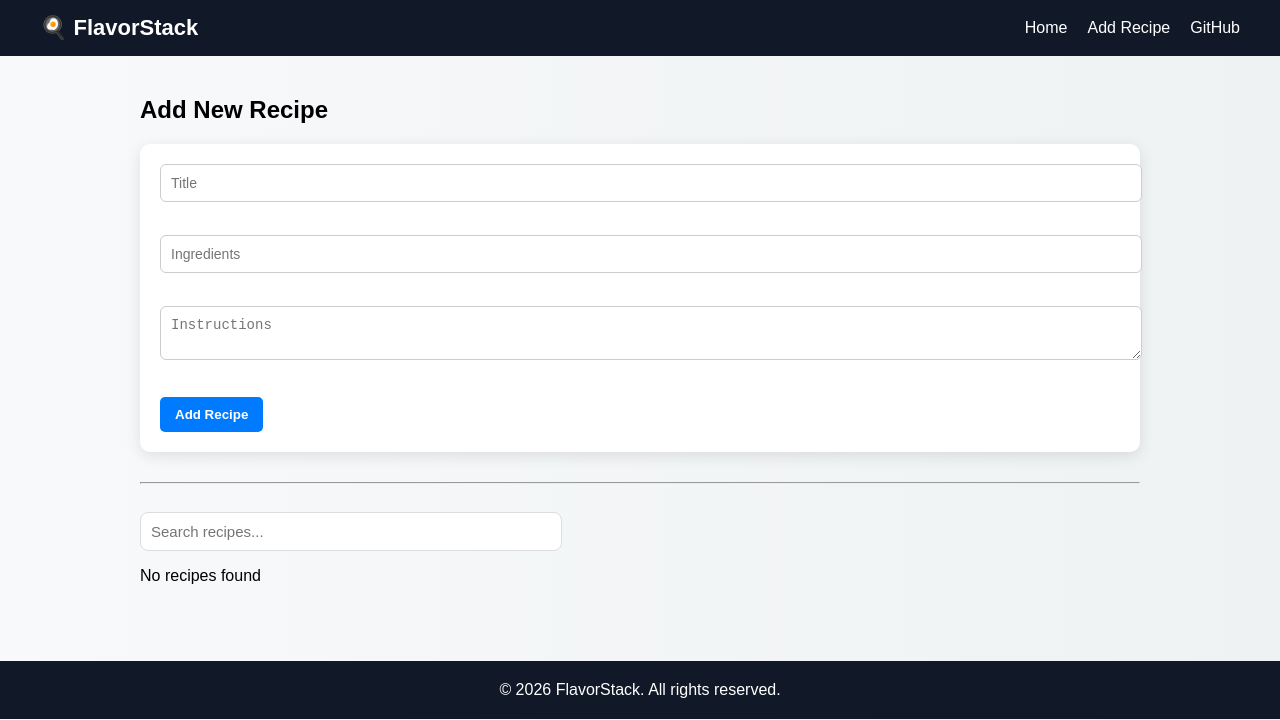
Repository: arshathdevo/recipeblogfrontend
Page: /
An editor plug-in stored every save of this project. The page is shown before and after a run of saves, followed by the edit.
The browser window is 1280 px wide. The pictures show the whole page.
The page's requests for data from a server got no answer. The project was rebuilt for these pictures with package versions that can differ from the ones it lists, and the page was loaded fresh each time. No one was signed in, and anything a server would have sent is missing.

Above is the page before, as saved 2026-02-14 12:49:52.

### src/App.js
// import React, { useEffect, useState } from "react";
// import axios from "axios";


// function App() {
//   const [recipes, setRecipes] = useState([]);

//   useEffect(() => {
//     fetchRecipes();
//   }, []);

//   const fetchRecipes = async () => {
//     try {
//       const res = await axios.get("http://localhost:5000/api/recipes");
//       setRecipes(res.data);
//     } catch (error) {
//       console.error("Error fetching recipes:", error);
//     }
//   };
//   const [title, setTitle] = useState("");
// const [ingredients, setIngredients] = useState("");
// const [instructions, setInstructions] = useState("");

// const handleSubmit = async (e) => {
//   e.preventDefault();

//   try {
//     await axios.post("http://localhost:5000/api/recipes", {
//       title,
//       ingredients,
//       instructions,
//     });

//     // Clear form
//     setTitle("");
//     setIngredients("");
//     setInstructions("");

//     // Refresh recipe list
//     fetchRecipes();
//   } catch (error) {
//     console.error("Error adding recipe:", error);
//   }
// };


//   return (
//     <div style={{ padding: "20px" }}>
//       <h1>Recipe Blog App 🍲</h1>

//       {recipes.length === 0 ? (
//         <p>No recipes found</p>
//       ) : (
//         recipes.map((recipe) => (
//           <div
//             key={recipe._id}
//             style={{
//               border: "1px solid #ccc",
//               padding: "10px",
//               margin: "10px 0",
//             }}
//           >
//             <h2>Add New Recipe</h2>
// <form onSubmit={handleSubmit}>
//   <input
//     type="text"
//     placeholder="Title"
//     value={title}
//     onChange={(e) => setTitle(e.target.value)}
//   />
//   <br /><br />

//   <input
//     type="text"
//     placeholder="Ingredients"
//     value={ingredients}
//     onChange={(e) => setIngredients(e.target.value)}
//   />
//   <br /><br />

//   <textarea
//     placeholder="Instructions"
//     value={instructions}
//     onChange={(e) => setInstructions(e.target.value)}
//   />
//   <br /><br />

//   <button type="submit">Add Recipe</button>
// </form>

// <hr />

//             <h2>{recipe.title}</h2>
//             <p><strong>Ingredients:</strong> {recipe.ingredients}</p>
//             <p><strong>Instructions:</strong> {recipe.instructions}</p>
//           </div>
//         ))
//       )}
//     </div>
//   );
// }

// export default App;
import "./App.css";
import React, { useEffect, useState } from "react";
import axios from "axios";
import { motion } from "framer-motion";
import Header from "./Header";







function App() {
  const [recipes, setRecipes] = useState([]);
  const [title, setTitle] = useState("");
  const [ingredients, setIngredients] = useState("");
  const [instructions, setInstructions] = useState("");
  const [editId, setEditId] = useState(null);
  const [search, setSearch] = useState("");


  useEffect(() => {
    fetchRecipes();
  }, []);

  const fetchRecipes = async () => {
    try {
      const res = await axios.get("http://localhost:5000/api/recipes");
      setRecipes(res.data);
    } catch (error) {
      console.error("Error fetching recipes:", error);
    }
  };

 const handleSubmit = async (e) => {
  e.preventDefault();

  try {
    if (editId) {
      await axios.put(`http://localhost:5000/api/recipes/${editId}`, {
        title,
        ingredients,
        instructions,
      });
      setEditId(null);
    } else {
      await axios.post("http://localhost:5000/api/recipes", {
        title,
        ingredients,
        instructions,
      });
    }

    setTitle("");
    setIngredients("");
    setInstructions("");
    fetchRecipes();
  } catch (error) {
    console.error("Error saving recipe:", error);
  }
};

  const handleDelete = async (id) => {
  try {
    await axios.delete(`http://localhost:5000/api/recipes/${id}`);
    fetchRecipes(); // refresh list
  } catch (error) {
    console.error("Error deleting recipe:", error);
  }
};
const handleEdit = (recipe) => {
  setTitle(recipe.title);
  setIngredients(recipe.ingredients);
  setInstructions(recipe.instructions);
  setEditId(recipe._id);
};



  return (




    <>
      <Header />





    <div className="container">


      {/* ✅ FORM SHOULD BE OUTSIDE MAP */}
      <h2>Add New Recipe</h2>
      <form onSubmit={handleSubmit}>
        <input
          type="text"
          placeholder="Title"
          value={title}
          onChange={(e) => setTitle(e.target.value)}
        />
        <br /><br />

        <input
          type="text"
          placeholder="Ingredients"
          value={ingredients}
          onChange={(e) => setIngredients(e.target.value)}
        />
        <br /><br />

        <textarea
          placeholder="Instructions"
          value={instructions}
          onChange={(e) => setInstructions(e.target.value)}
        />
        <br /><br />

        <button type="submit">Add Recipe</button>
      </form>

      <hr />
      <input
  type="text"
  placeholder="Search recipes..."
  value={search}
  onChange={(e) => setSearch(e.target.value)}
  className="search"
/>

      {/* ✅ DISPLAY RECIPES */}
     {recipes.length === 0 ? (
  <p>No recipes found</p>
) : (


  <div className="recipe-grid">
  {recipes
    .filter((recipe) =>
      recipe.title.toLowerCase().includes(search.toLowerCase())
    )
    .map((recipe) => (
      <motion.div
        key={recipe._id}
        className="card"
        initial={{ opacity: 0, y: 30 }}
        animate={{ opacity: 1, y: 0 }}
        transition={{ duration: 0.5 }}
      >
        <h2>{recipe.title}</h2>
        <p><strong>Ingredients:</strong> {recipe.ingredients}</p>
        <p><strong>Instructions:</strong> {recipe.instructions}</p>

        <div className="button-group">
          <button
            className="edit-btn"
            onClick={() => handleEdit(recipe)}
          >
            Edit
          </button>

          <button
            className="delete-btn"
            onClick={() => handleDelete(recipe._id)}
          >
            Delete
          </button>
        </div>
      </motion.div>
    ))}
</div>

      )}


    </div>
    <footer className="footer">
  © {new Date().getFullYear()} FlavorStack. All rights reserved.
</footer>
</>
  );
}

export default App;

### src/App.css
body {
  margin: 0;
  font-family: 'Poppins', sans-serif;
  background: linear-gradient(to right, #f8f9fa, #eef2f3);
}

.header {
  display: flex;
  justify-content: space-between;
  align-items: center;
  padding: 15px 40px;
  background: #111827;
  color: white;
  position: sticky;
  top: 0;
  z-index: 1000;
}

.logo {
  font-size: 22px;
  font-weight: bold;
}

nav a {
  color: white;
  margin-left: 20px;
  text-decoration: none;
  transition: 0.3s;
}

nav a:hover {
  color: #facc15;
}

.container {
  padding: 40px;
}


.container {
  max-width: 1000px;
  margin: auto;
  padding: 20px;
}

h1 {
  text-align: center;
  color: #333;
}

form {
  background: white;
  padding: 20px;
  border-radius: 10px;
  box-shadow: 0 4px 15px rgba(0, 0, 0, 0.1);
  margin-bottom: 30px;
}

form input,
form textarea {
  width: 100%;
  padding: 10px;
  margin-bottom: 15px;
  border-radius: 6px;
  border: 1px solid #ccc;
  font-size: 14px;
}

form button {
  background-color: #007bff;
  padding: 10px 15px;
  font-weight: bold;
}

form button:hover {
  background-color: #0056b3;
}

.recipe-grid {
  display: grid;
  grid-template-columns: repeat(auto-fit, minmax(280px, 1fr));
  gap: 20px;
}

.card {
  background: white;
  padding: 15px;
  border-radius: 10px;
  box-shadow: 0 4px 12px rgba(0, 0, 0, 0.08);
  transition: transform 0.2s ease;
}

.card:hover {
  transform: translateY(-5px);
}

.card h2 {
  margin-top: 0;
}

.button-group {
  margin-top: 10px;
}

.edit-btn {
  background-color: #28a745;
  margin-right: 10px;
}

.edit-btn:hover {
  background-color: #1e7e34;
}

.delete-btn {
  background-color: #dc3545;
}

.delete-btn:hover {
  background-color: #b02a37;
}

button {
  border: none;
  color: white;
  padding: 8px 12px;
  border-radius: 5px;
  cursor: pointer;
}
.card {
  background: white;
  padding: 20px;
  border-radius: 10px;
  box-shadow: 0 8px 20px rgba(0,0,0,0.1);
  margin-bottom: 20px;
  transition: transform 0.3s ease, box-shadow 0.3s ease;
}

.card:hover {
  transform: translateY(-8px);
  box-shadow: 0 15px 30px rgba(0,0,0,0.2);
}
.footer {
  text-align: center;
  padding: 20px;
  background: #111827;
  color: white;
  margin-top: 40px;

}
.search {
  width: 100%;
  max-width: 400px;
  padding: 10px;
  border-radius: 8px;
  border: 1px solid #ddd;
  margin-top: 20px;
  font-size: 15px;
  outline: none;
}

.search:focus {
  border-color: #3b82f6;
  box-shadow: 0 0 5px rgba(59,130,246,0.4);
}

### src/Header.js
function Header() {
  return (
    <header className="header">
      <div className="logo">🍳 FlavorStack</div>
      <nav>
        <a href="/">Home</a>
        <a href="#add">Add Recipe</a>
        <a href="https://github.com/yourusername" target="_blank">GitHub</a>
      </nav>
    </header>
  );
}

export default Header;

Loaded but not shown: src/index.js (common file)

After the next 2 saves:
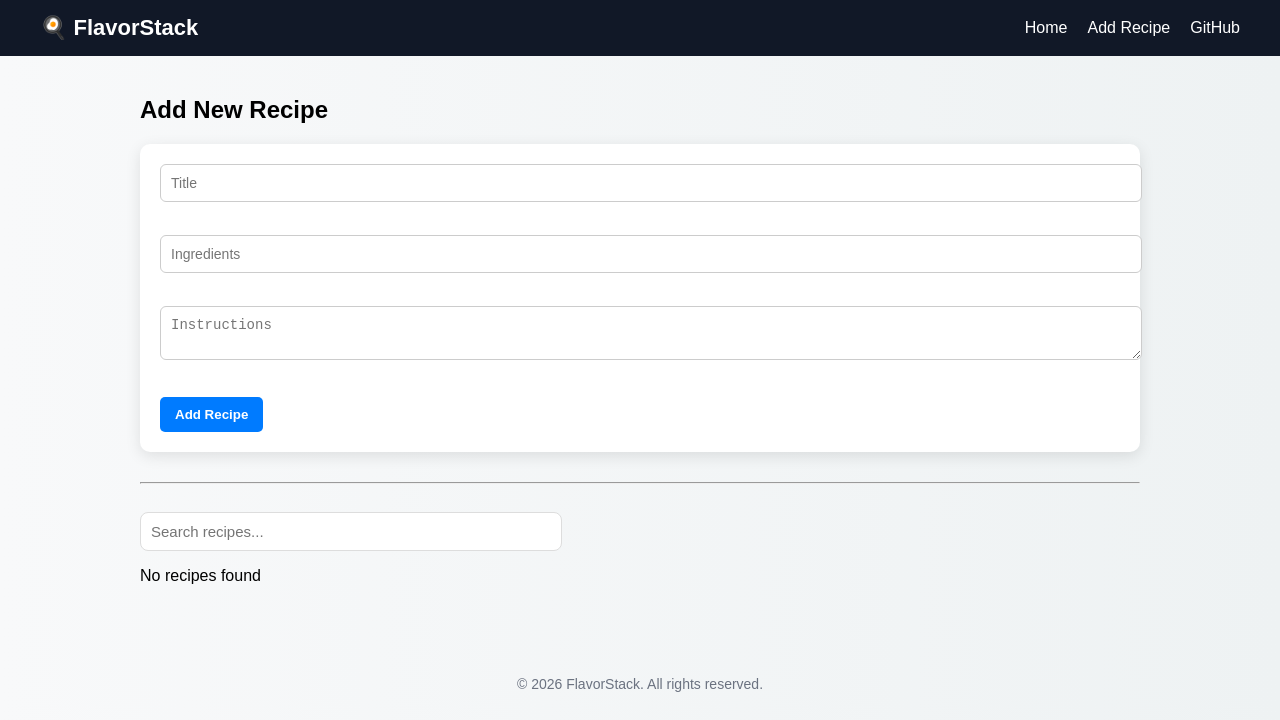
The 2 saves are shown as one change because they came seconds apart.
The last was saved 22 s later.
--- a/src/App.css
+++ b/src/App.css
@@ -141,12 +141,12 @@ button {
 }
 .footer {
   text-align: center;
-  padding: 20px;
-  background: #111827;
-  color: white;
+  padding: 15px 0;
+  font-size: 14px;
+  color: #6b7280;
   margin-top: 40px;
+}
 
-}
 .search {
   width: 100%;
   max-width: 400px;
